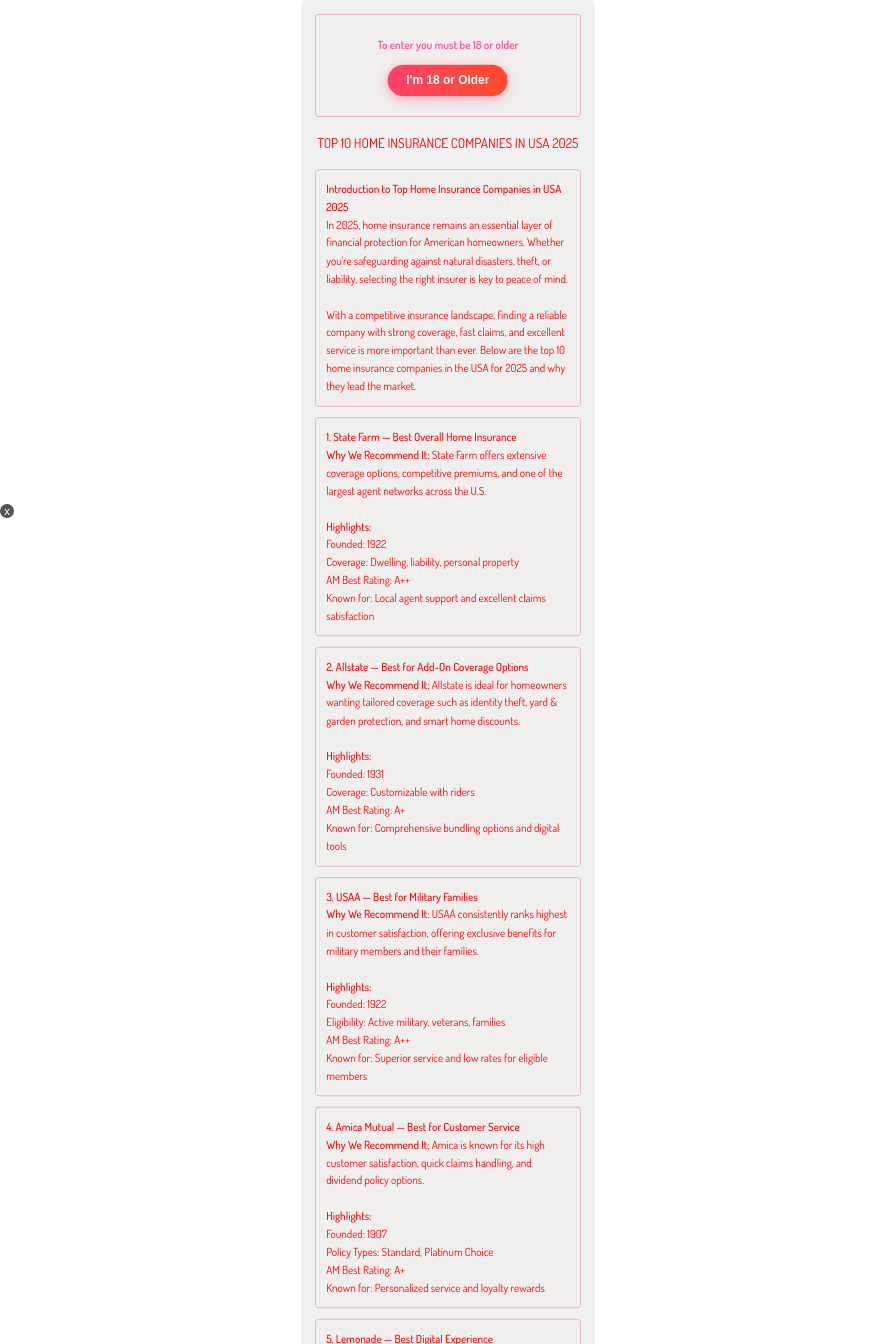
Repository: meenadabhii/swyplay.com
Page: loan48/age.html
An editor plug-in stored every save of this project. The page is shown before and after a run of saves, followed by the edit.
The browser window is 1280 px wide. The pictures show the part of the page from y = 0 to 1920 px (the page is 5123 px tall), at 70% of full size.

Above is the page before, as saved 2025-09-06 17:06:07.

After the next 2 saves:
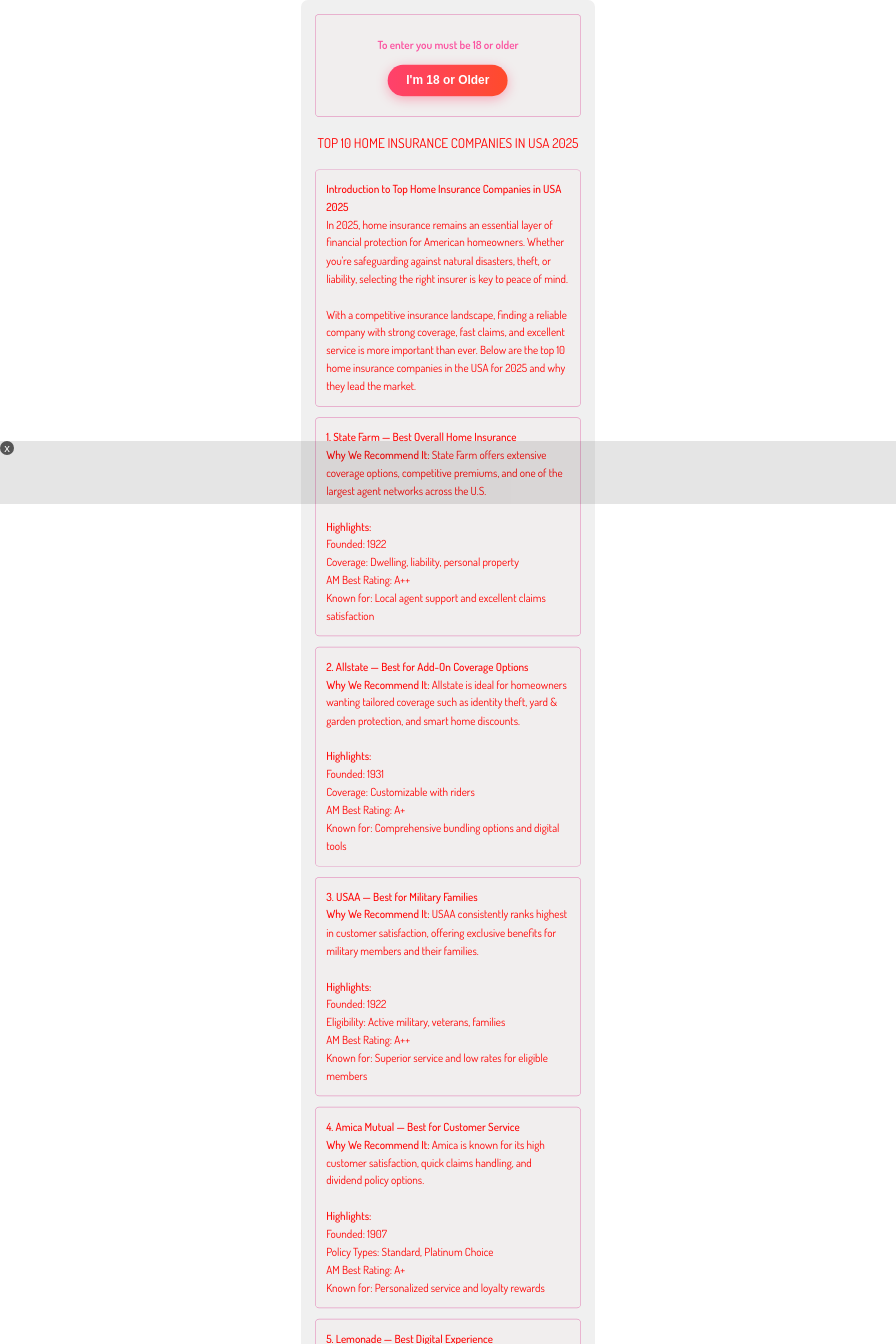
The 2 saves are shown as one change because they came seconds apart.
The last was saved 13 s later.
--- a/loan48/age.html
+++ b/loan48/age.html
@@ -252,16 +252,17 @@
 
 
 </head>
+
 <body>
 
     <div id='closebtn_Desktop_Only' class='stickyads_Desktop_Only'>
-        <div id='div-DStickyAds'></div>
+        <div id="div-DStickyAds" style="width:728px; height:90px;"></div>
         <button class='btn_Desktop_Only' onclick='change_css_Desktop_Only()'>x</button>
     </div>
 
     <!-- Mobile Sticky -->
     <div id='closebtn_Mobile_Only' class='stickyads_Mobile_Only'>
-<div id="div-MWebStickyAds" style="width:320px; height:50px;"></div>
+        <div id="div-MWebStickyAds" style="width:320px; height:50px;"></div>
         <button class='btn_Mobile_Only' onclick='change_css_Mobile_Only()'>x</button>
     </div>
 
